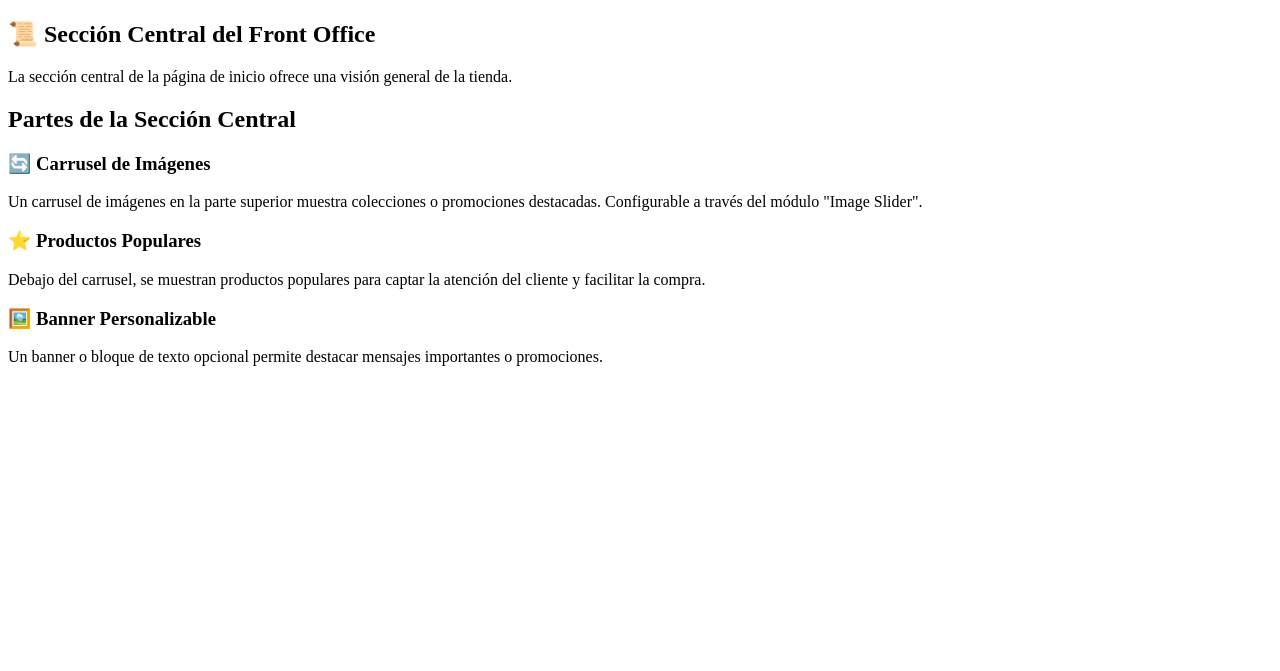
Repository: mag00s/documentacion-prestashop
Page: central-section.html
An editor plug-in stored every save of this project. The page is shown before and after the next save, followed by the edit.
The browser window is 1280 px wide. The pictures show the whole page.

Above is the page before, as saved 2024-11-13 16:43:23.

After the next save:
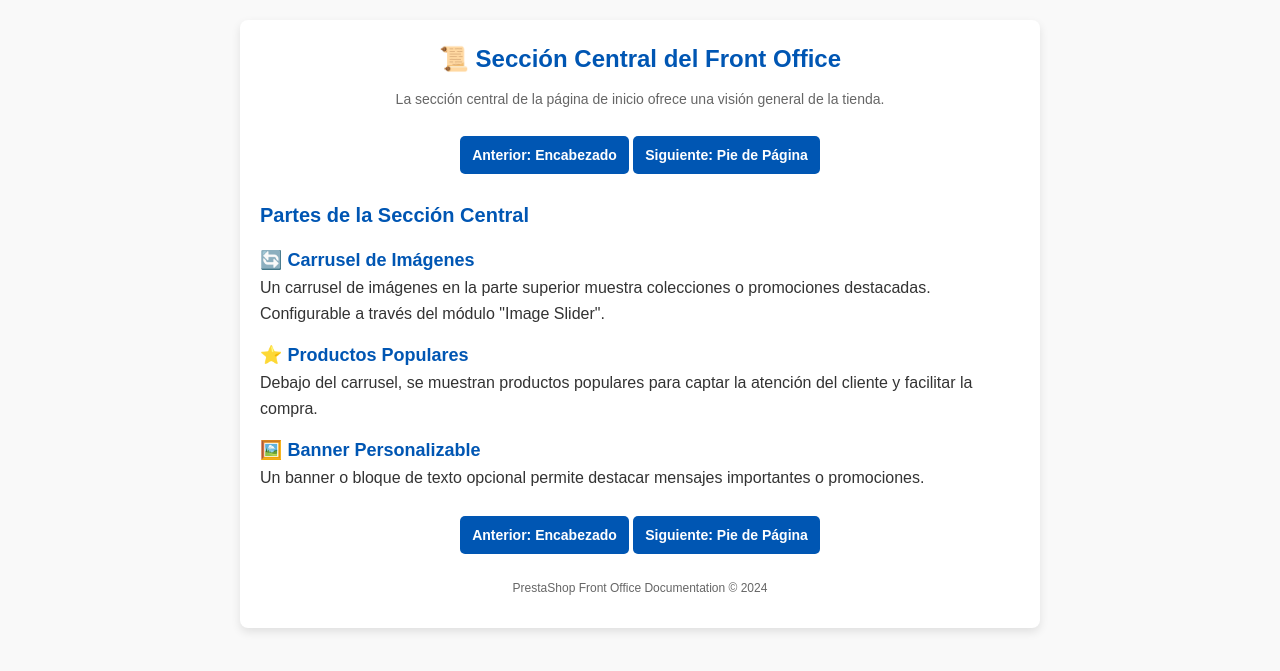
Saved 5 min 10 s later.
--- a/central-section.html
+++ b/central-section.html
@@ -2,22 +2,41 @@
 <html lang="es">
 <head>
     <meta charset="UTF-8">
+    <meta name="viewport" content="width=device-width, initial-scale=1.0">
     <title>Sección Central del Front Office - Manual</title>
+    <link rel="stylesheet" href="styles.css">
 </head>
 <body>
-    <section>
-        <h1>📜 Sección Central del Front Office</h1>
-        <p>La sección central de la página de inicio ofrece una visión general de la tienda.</p>
+    <div class="container">
+        <header>
+            <h1>📜 Sección Central del Front Office</h1>
+            <p>La sección central de la página de inicio ofrece una visión general de la tienda.</p>
+        </header>
 
-        <h2>Partes de la Sección Central</h2>
-        <h3>🔄 Carrusel de Imágenes</h3>
-        <p>Un carrusel de imágenes en la parte superior muestra colecciones o promociones destacadas. Configurable a través del módulo "Image Slider".</p>
+        <nav>
+            <a href="header.html" class="button-link">Anterior: Encabezado</a>
+            <a href="footer.html" class="button-link">Siguiente: Pie de Página</a>
+        </nav>
 
-        <h3>⭐ Productos Populares</h3>
-        <p>Debajo del carrusel, se muestran productos populares para captar la atención del cliente y facilitar la compra.</p>
+        <section>
+            <h2>Partes de la Sección Central</h2>
+            <h3>🔄 Carrusel de Imágenes</h3>
+            <p>Un carrusel de imágenes en la parte superior muestra colecciones o promociones destacadas. Configurable a través del módulo "Image Slider".</p>
 
-        <h3>🖼️ Banner Personalizable</h3>
-        <p>Un banner o bloque de texto opcional permite destacar mensajes importantes o promociones.</p>
-    </section>
+            <h3>⭐ Productos Populares</h3>
+            <p>Debajo del carrusel, se muestran productos populares para captar la atención del cliente y facilitar la compra.</p>
+
+            <h3>🖼️ Banner Personalizable</h3>
+            <p>Un banner o bloque de texto opcional permite destacar mensajes importantes o promociones.</p>
+        </section>
+
+        <footer>
+            <nav>
+                <a href="header.html" class="button-link">Anterior: Encabezado</a>
+                <a href="footer.html" class="button-link">Siguiente: Pie de Página</a>
+            </nav>
+            <p>PrestaShop Front Office Documentation © 2024</p>
+        </footer>
+    </div>
 </body>
 </html>
